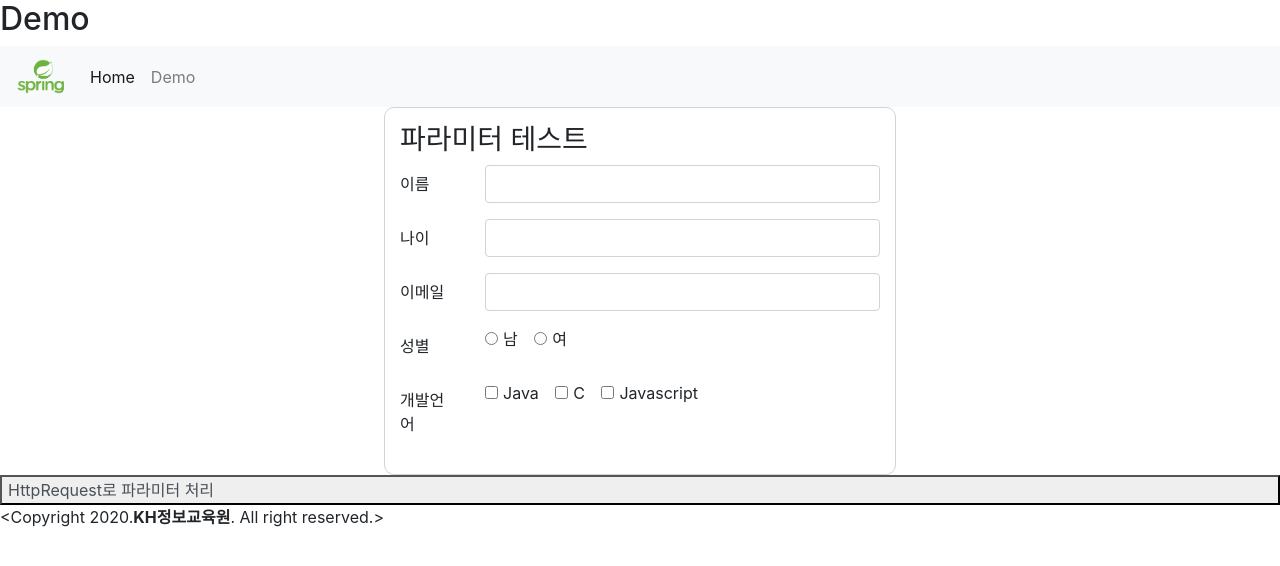
Repository: jihyun3/final_project
Page: http://localhost/01_HelloSpring/WEB-INF/views/demo/demo.jsp
An editor plug-in stored every save of this project. The page is shown before and after a run of saves, followed by the edit.
The browser window is 1280 px wide. The pictures show the whole page.
The page is served by Tomcat 9. Nobody is signed in. Other server files are loaded and not shown. The template is opened directly, without the code that normally fills it, so the values that code supplies are empty.

Above is the page before, as saved 2020-10-16 03:36:24.
Console error: SyntaxError: Invalid or unexpected token

### 01_HelloSpring/src/main/webapp/WEB-INF/views/demo/demo.jsp
<%@ page language="java" contentType="text/html; charset=UTF-8"
	pageEncoding="UTF-8"%>
<%@ taglib prefix="c" uri="http://java.sun.com/jsp/jstl/core"%>
<%@ taglib prefix="fmt" uri="http://java.sun.com/jsp/jstl/fmt"%>
<%@ taglib prefix="fn" uri="http://java.sun.com/jsp/jstl/functions"%>
<c:set var="path" value="${pageContext.request.contextPath }" />
<jsp:include page="/WEB-INF/views/common/header.jsp">
	<jsp:param value="Demo" name="title" />
</jsp:include>
<style>
div#demo-container {
	width: 40%;
	padding: 15px;
	margin: 0 auto;
	border: 1px solid lightgray;
	border-radius: 10px;
}
</style>
<section id="content">
	<div id="demo-container">
		<h3>파라미터 테스트</h3>
		<form id="devFrm">
			<div class="form-group row">
				<label for="devName" class="col-sm-2 col-form-label">이름</label>
				<div class="col-sm-10">
					<input type="text" class="form-control" id="devName" name="devName">
				</div>
			</div>
			<div class="form-group row">
				<label for="devAge" class="col-sm-2 col-form-label">나이</label>
				<div class="col-sm-10">
					<input type="number" class="form-control" id="devAge" name="devAge">
				</div>
			</div>
			<div class="form-group row">
				<label for="devEmail" class="col-sm-2 col-form-label">이메일</label>
				<div class="col-sm-10">
					<input type="email" class="form-control" id="devEmail"
						name="devEmail">
				</div>
			</div>
			<div class="form-group row">
				<label class="col-sm-2 col-form-label">성별</label>
				<div class="col-sm-10">
					<div class="form-check form-check-inline">
						<input class="form-check-input" type="radio" name="devGender"
							id="devGender0" value="M"> <label
							class="form-check-label" for="devGender0">남</label>
					</div>
					<div class="form-check form-check-inline">
						<input class="form-check-input" type="radio" name="devGender"
							id="devGender1" value="option2"> <label
							class="form-check-label" for="devGender1">여</label>
					</div>
				</div>
			</div>
			<div class="form-group row">
				<label class="col-sm-2 col-form-label">개발언어</label>
				<div class="col-sm-10">
					<div class="form-check form-check-inline">
						<input class="form-check-input" type="checkbox" name="devLang"
							id="devLang0" value="Java"> <label
							class="form-check-label" for="devLang0">Java</label>
					</div>
					<div class="form-check form-check-inline">
						<input class="form-check-input" type="checkbox" name="devLang"
							id="devLang1" value="C"> <label class="form-check-label"
							for="devLang1">C</label>
					</div>
					<div class="form-check form-check-inline">
						<input class="form-check-input" type="checkbox" name="devLang"
							id="devLang2" value="Javascript"> <label
							class="form-check-label" for="devLang2">Javascript</label>
					</div>
				</div>
			</div>
		</form>
	</div>
	<div class="list-group">
		<button type="button" onclick="demo('demo');" class="list-group-item-action">HttpRequest로 파라미터 처리</button>
	</div>
	<script>
		function demo(src){
			$("#devFrm").attr("action","${path}/demo/"+src);
			#("#devFrm").submit();
		}
	</script>
</section>
<jsp:include page="/WEB-INF/views/common/footer.jsp" />

### 01_HelloSpring/src/main/webapp/WEB-INF/views/common/header.jsp
<%@ page language="java" contentType="text/html; charset=UTF-8"
    pageEncoding="UTF-8"%>
<%@ taglib prefix="c" uri="http://java.sun.com/jsp/jstl/core" %>
<%@ taglib prefix="fmt" uri="http://java.sun.com/jsp/jstl/fmt" %>
<%@ taglib prefix="fn" uri="http://java.sun.com/jsp/jstl/functions" %>
<c:set var="path" value="${pageContext.request.contextPath }"/>
<!DOCTYPE html>
<html>
<head>
<meta charset="UTF-8">
<title>나의 첫 스프링 페이지</title>
<!-- Latest compiled and minified CSS -->
<link rel="stylesheet" href="https://maxcdn.bootstrapcdn.com/bootstrap/4.5.2/css/bootstrap.min.css">
<!-- jQuery library -->
<script src="https://ajax.googleapis.com/ajax/libs/jquery/3.5.1/jquery.min.js"></script>
<!-- Popper JS -->
<script src="https://cdnjs.cloudflare.com/ajax/libs/popper.js/1.16.0/umd/popper.min.js"></script>
<!-- Latest compiled JavaScript -->
<script src="https://maxcdn.bootstrapcdn.com/bootstrap/4.5.2/js/bootstrap.min.js"></script>
</head>
<body>
	<div id="container">
		<header>
			<div id="header-container">
				<h2><c:out value="${param.title}"/></h2>
			</div>
			<nav class="navbar navbar-expand-lg navbar-light bg-light">
				<a class="navbar-brand" href="#">
					<img src="${path }/resources/images/logo-spring.png"
					alt="스프링로고" width="50px">
				</a>
				<button class="navbar-toggler" type="button" data-toggle="collapse"
				data-targe="#navbarNav" aria-controls="navbarNav" aria-expanded="false"
				aria-label="Toggle navigation">
					<span class="navbar-toggler-icon"></span>
				</button>
				<div class="collapse navbar-collapse" id="navbarNav">
					<ul class="navbar-nav mr-auto">
						<li class="nav-item active">
							<a class="nav-link" href="${path }">Home</a>
						</li>
						<li class="nav-item">
							<a class="nav-link" href="${path }/demo/demo.do">Demo</a>
						</li>
					</ul>
				</div>
			</nav>
		</header>

### 01_HelloSpring/src/main/webapp/WEB-INF/views/common/footer.jsp
<%@ page language="java" contentType="text/html; charset=UTF-8"
    pageEncoding="UTF-8"%>

<footer>
			<p>&lt;Copyright 2020.<strong>KH정보교육원</strong>. All right reserved.&gt;</p>
</footer>
</div>
</body>
</html>

After the next 2 saves:
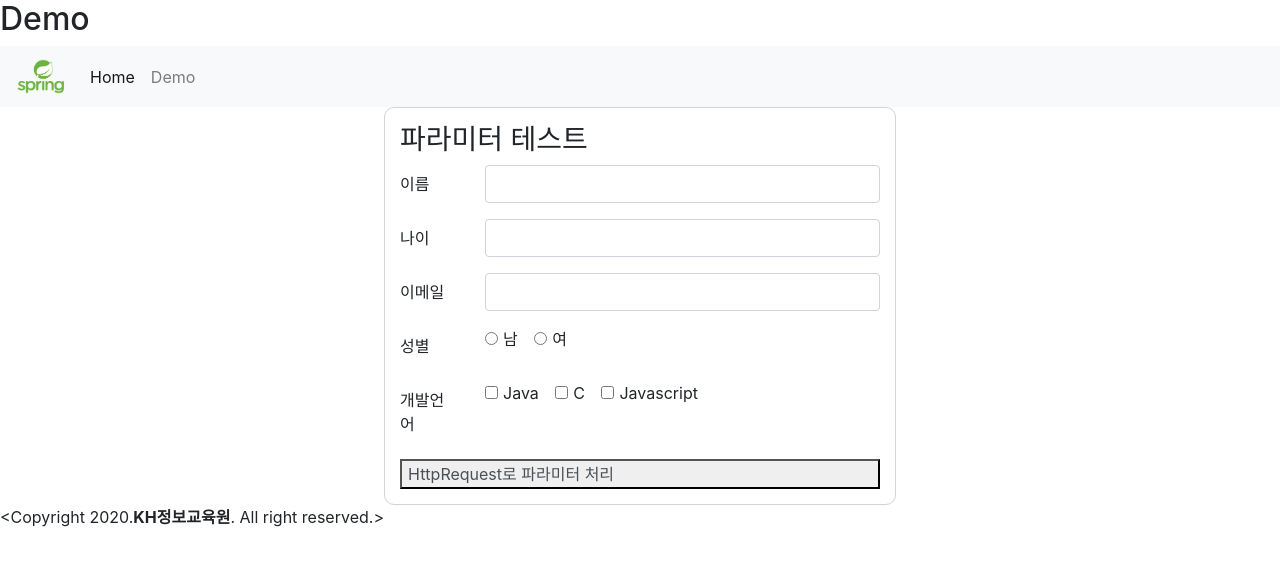
The 2 saves are shown as one change because they came seconds apart.
The last was saved 28 s later.
--- a/01_HelloSpring/src/main/webapp/WEB-INF/views/demo/demo.jsp
+++ b/01_HelloSpring/src/main/webapp/WEB-INF/views/demo/demo.jsp
@@ -75,9 +75,10 @@ div#demo-container {
 				</div>
 			</div>
 		</form>
-	</div>
-	<div class="list-group">
-		<button type="button" onclick="demo('demo');" class="list-group-item-action">HttpRequest로 파라미터 처리</button>
+		<div class="list-group">
+			<button type="button" onclick="demo('demo');"
+				class="list-group-item-action">HttpRequest로 파라미터 처리</button>
+		</div>
 	</div>
 	<script>
 		function demo(src){
